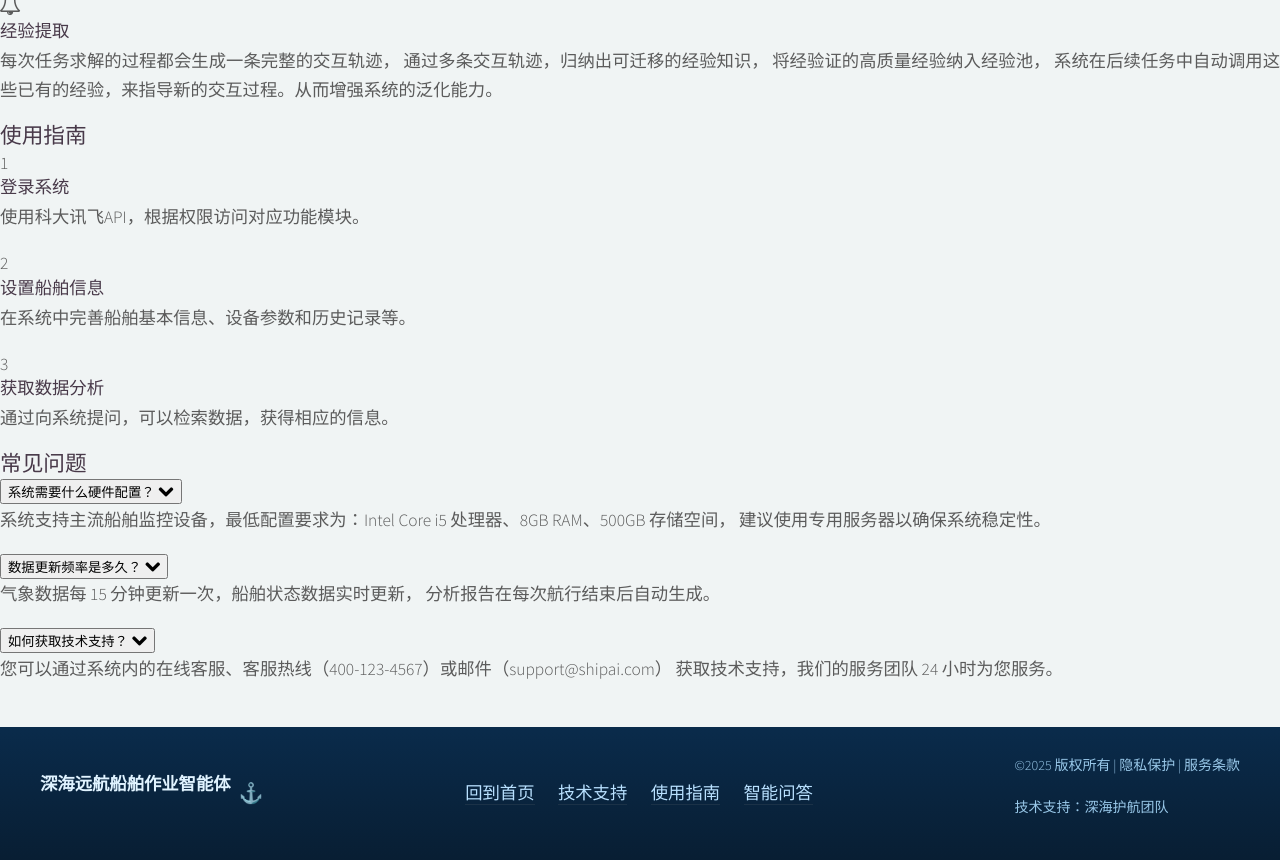
Repository: ShiCheng0104/AIC
Page: QingJing-agent/前端/深海远航船舶作业智能体/About.html
An editor plug-in stored every save of this project. The page is shown before and after the next save, followed by the edit.
The browser window is 1280 px wide. The pictures show the part of the page from y = 657 to 1609 px (the page is 1517 px tall before and 1609 px after).
Backgrounds fixed to the window are drawn as part of the page.

Above is the page before, as saved 2025-07-03 13:50:20.

After the next save:
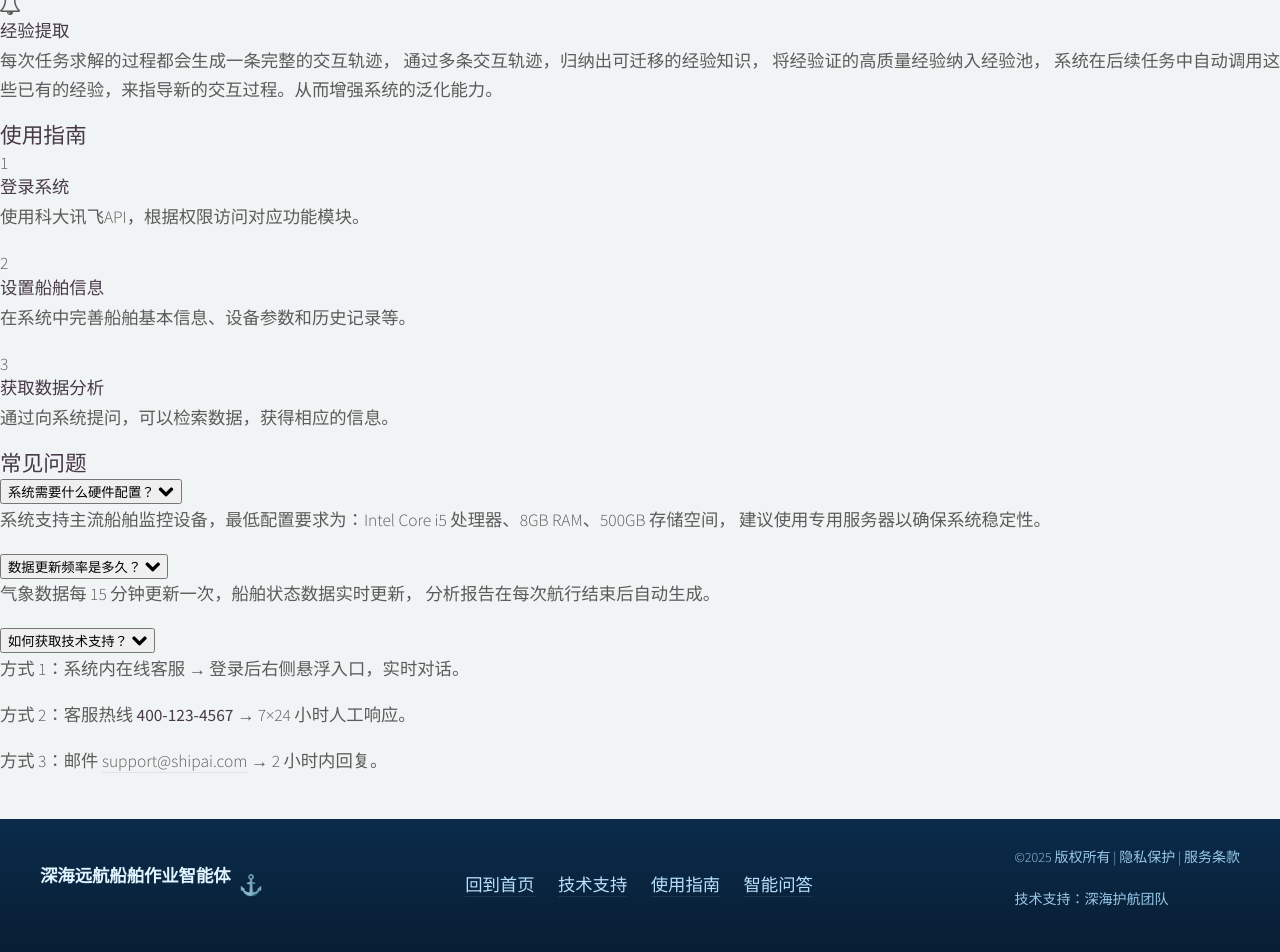
Saved 11 min 35 s later.
--- a/QingJing-agent/前端/深海远航船舶作业智能体/About.html
+++ b/QingJing-agent/前端/深海远航船舶作业智能体/About.html
@@ -214,18 +214,37 @@
 							</div>
 						</div>
 
-						<!-- FAQ 项目 3 -->
+						<!-- FAQ 项目：点击按钮展开多条内容 -->
 						<div class="border border-neutralDark rounded-lg overflow-hidden">
+							<!-- 触发按钮 -->
 							<button
-								class="w-full px-6 py-4 text-left font-medium text-dark flex justify-between items-center hover:bg-gray-50 transition-colors">
+								class="w-full px-6 py-4 text-left font-medium text-dark flex justify-between items-center hover:bg-gray-50 transition-colors"
+								onclick="toggleContent(this)">
 								<span>如何获取技术支持？</span>
+								<!-- 箭头图标，点击时会旋转（可选） -->
 								<i class="fa fa-chevron-down text-gray-400 transition-transform"></i>
 							</button>
-							<div class="px-6 py-4 bg-gray-50 border-t border-neutralDark hidden">
-								<p class="text-gray-600">
-									您可以通过系统内的在线客服、客服热线（400-123-4567）或邮件（support@shipai.com）
-									获取技术支持，我们的服务团队 24 小时为您服务。
-								</p>
+
+							<!-- 多条内容容器：初始隐藏 -->
+							<div class="px-6 py-4 bg-gray-50 border-t border-neutralDark hidden" id="contentList">
+								<!-- 内容项 1 -->
+								<div class="mb-4">
+									<p class="text-gray-600">
+										方式 1：系统内在线客服 → 登录后右侧悬浮入口，实时对话。
+									</p>
+								</div>
+								<!-- 内容项 2 -->
+								<div class="mb-4">
+									<p class="text-gray-600">
+										方式 2：客服热线 <strong>400-123-4567</strong> → 7×24 小时人工响应。
+									</p>
+								</div>
+								<!-- 内容项 3 -->
+								<div>
+									<p class="text-gray-600">
+										方式 3：邮件 <a href="mailto:support@shipai.com" class="text-blue-500">support@shipai.com</a> → 2 小时内回复。
+									</p>
+								</div>
 							</div>
 						</div>
 					</div>
